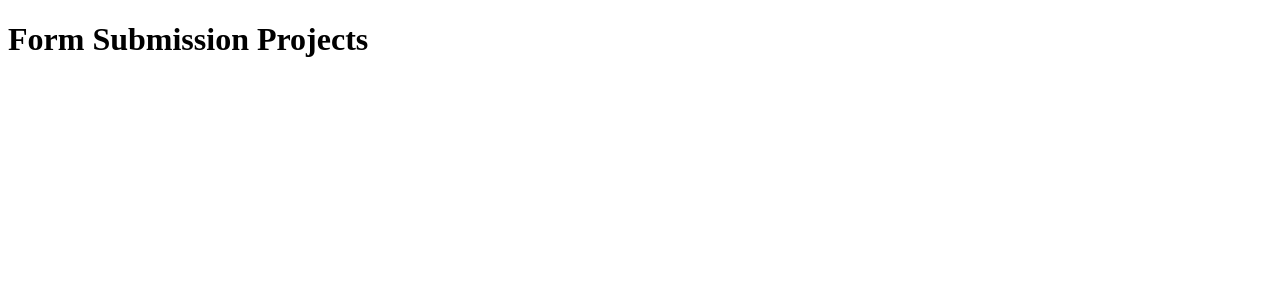
Repository: labib108/ostad-php
Page: projects/formSubmission/index.html
An editor plug-in stored every save of this project. The page is shown before and after the next save, followed by the edit.
The browser window is 1280 px wide. The pictures show the whole page.

Above is the page before, as saved 2023-03-21 13:27:05.

### projects/formSubmission/index.html
<!DOCTYPE html>
<html lang="en">
<head>
    <meta charset="UTF-8">
    <meta http-equiv="X-UA-Compatible" content="IE=edge">
    <meta name="viewport" content="width=device-width, initial-scale=1.0">
    <title>Form Submission</title>
</head>
<body>
    <h1>Form Submission Projects</h1>
    <form action="submit.php" method="post">

    </form>
</body>
</html>

After the next save:
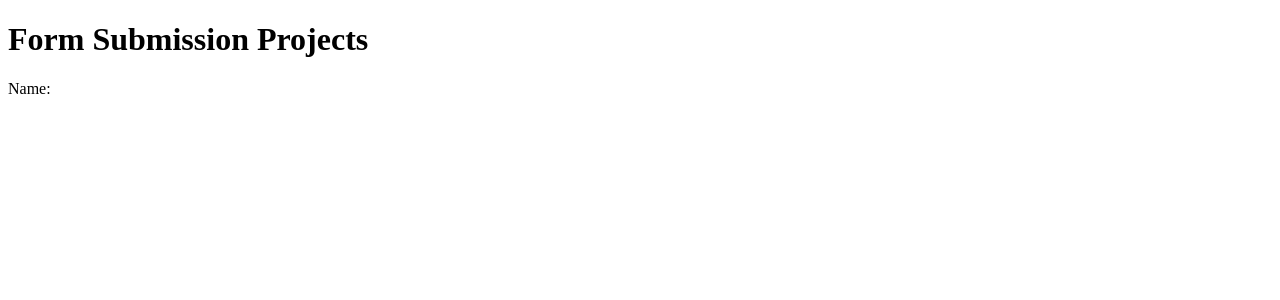
Saved 9 s later.
--- a/projects/formSubmission/index.html
+++ b/projects/formSubmission/index.html
@@ -9,7 +9,7 @@
 <body>
     <h1>Form Submission Projects</h1>
     <form action="submit.php" method="post">
-
+        <label for="name">Name:</label>
     </form>
 </body>
 </html>
